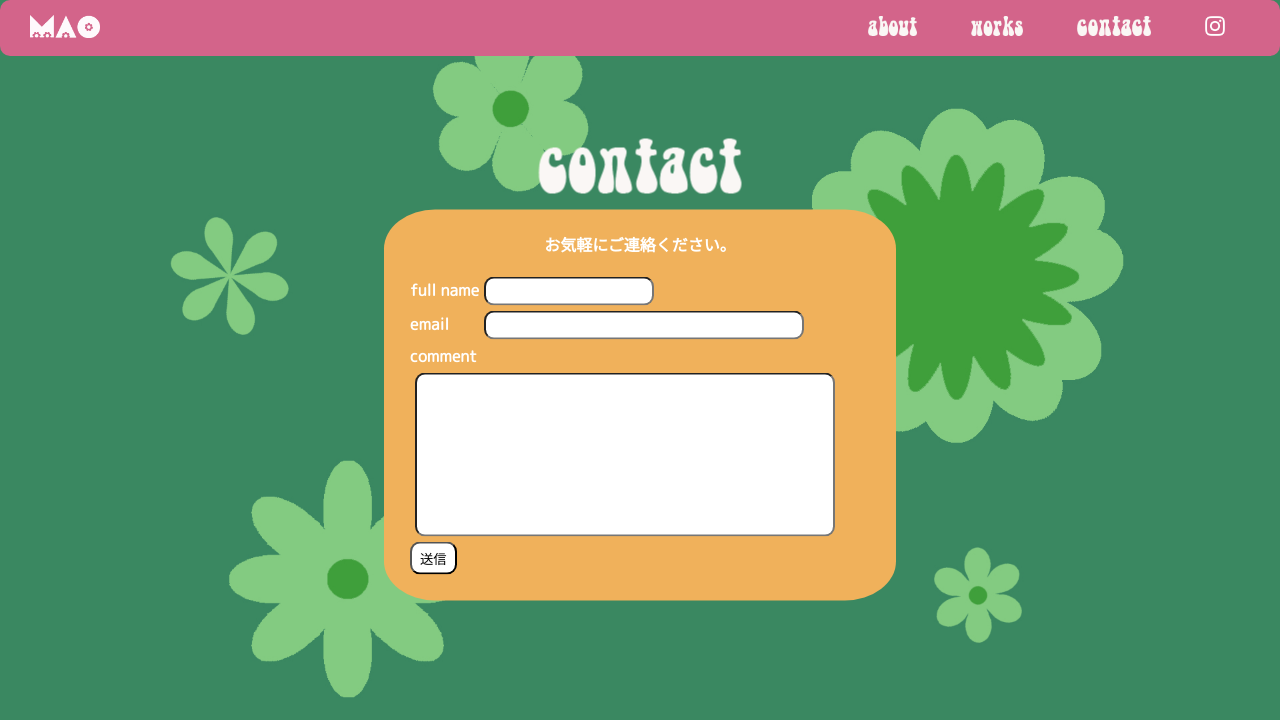
Repository: HarashimaMao/portfolio
Page: contact.html
The author's editor kept a record of every edit. The page is drawn from the files as they stood at one moment, then again after the next edit.
The browser window is 1280 px wide. The pictures show the whole page.

Above is the page before.

After the next edit:
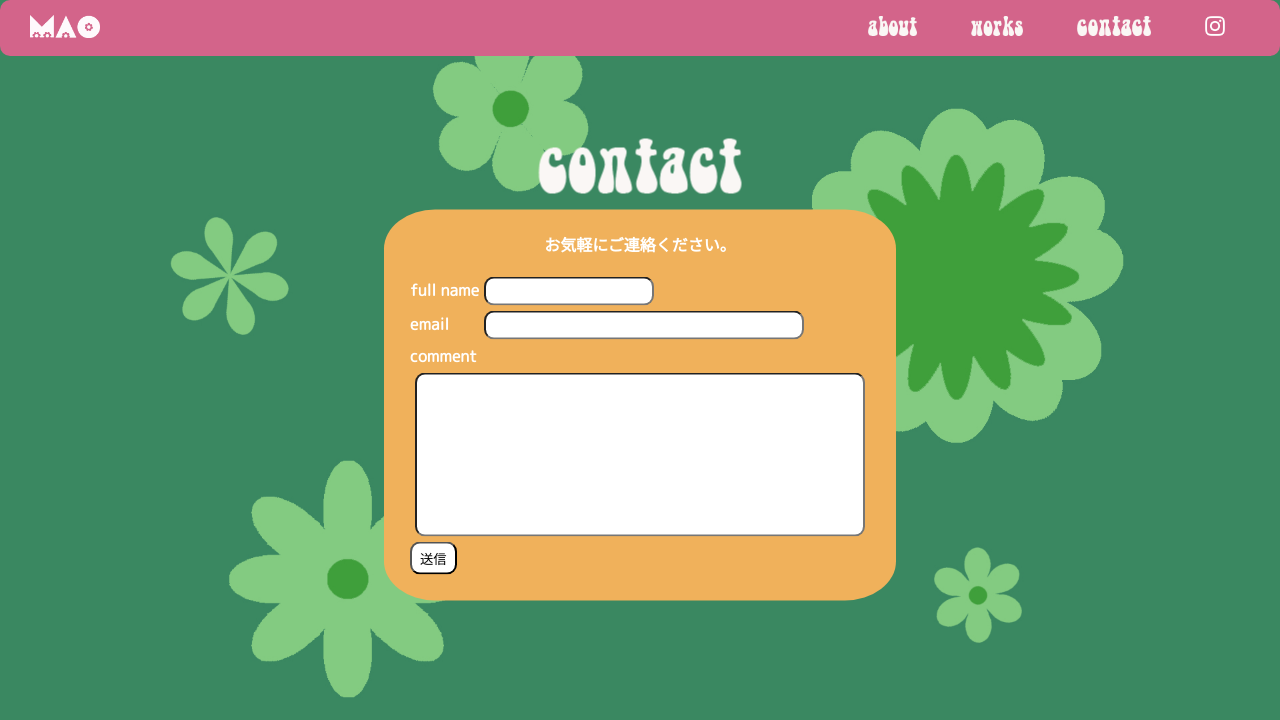
The edit:
--- a/contact.html
+++ b/contact.html
@@ -102,7 +102,7 @@
           }
 
           input.comment {
-              width: 400px;
+              width: 430px;
               height: 150px;
               margin: 5px;
           }
